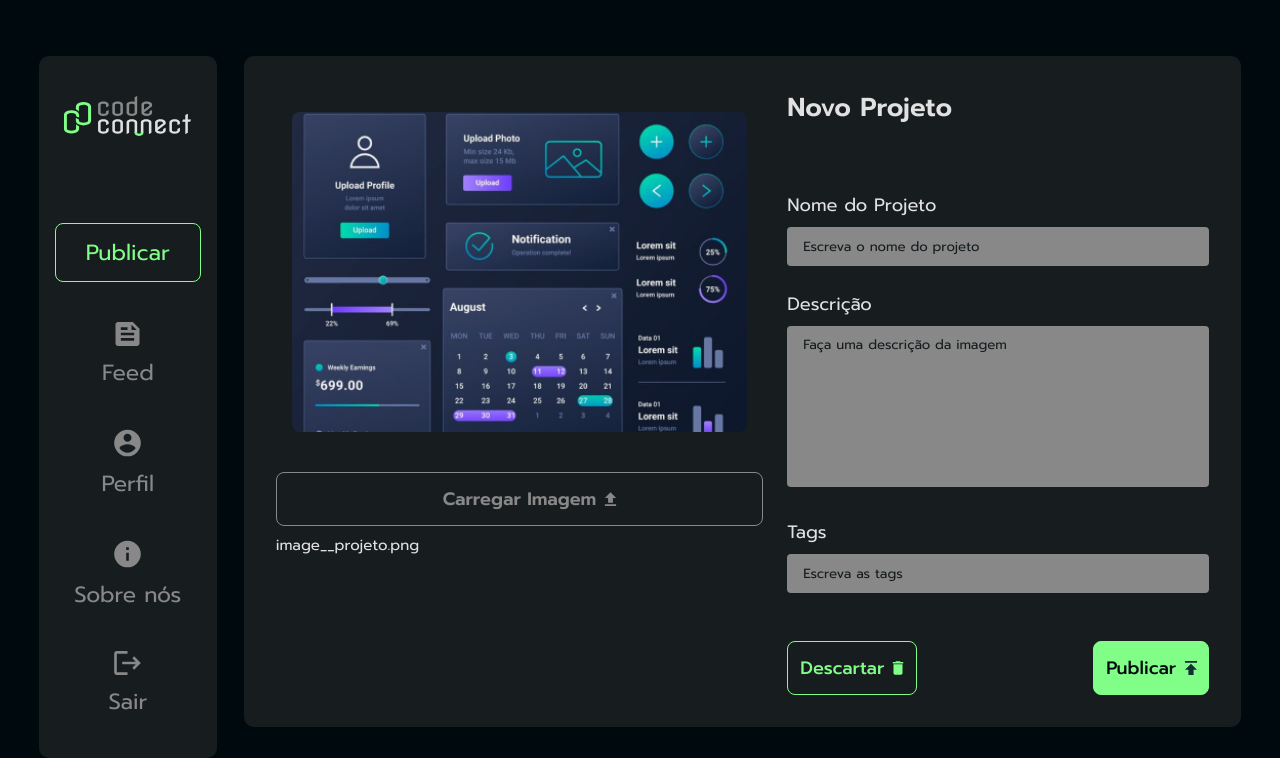
Repository: joaoPraiaJunior/async_await
Page: index.html
These files come from the project's save history. The page is drawn as it stood at one moment and after the next save; the edit follows.
The browser window is 1280 px wide. The pictures show the whole page.
Empty fields were first filled with sample values (such as "Sample", 5 or name@example.com).
After loading, the first visible `button.c-formulario__botao` was clicked once.

Above is the page before, as saved 2024-08-28 22:54:37.

After the next save:
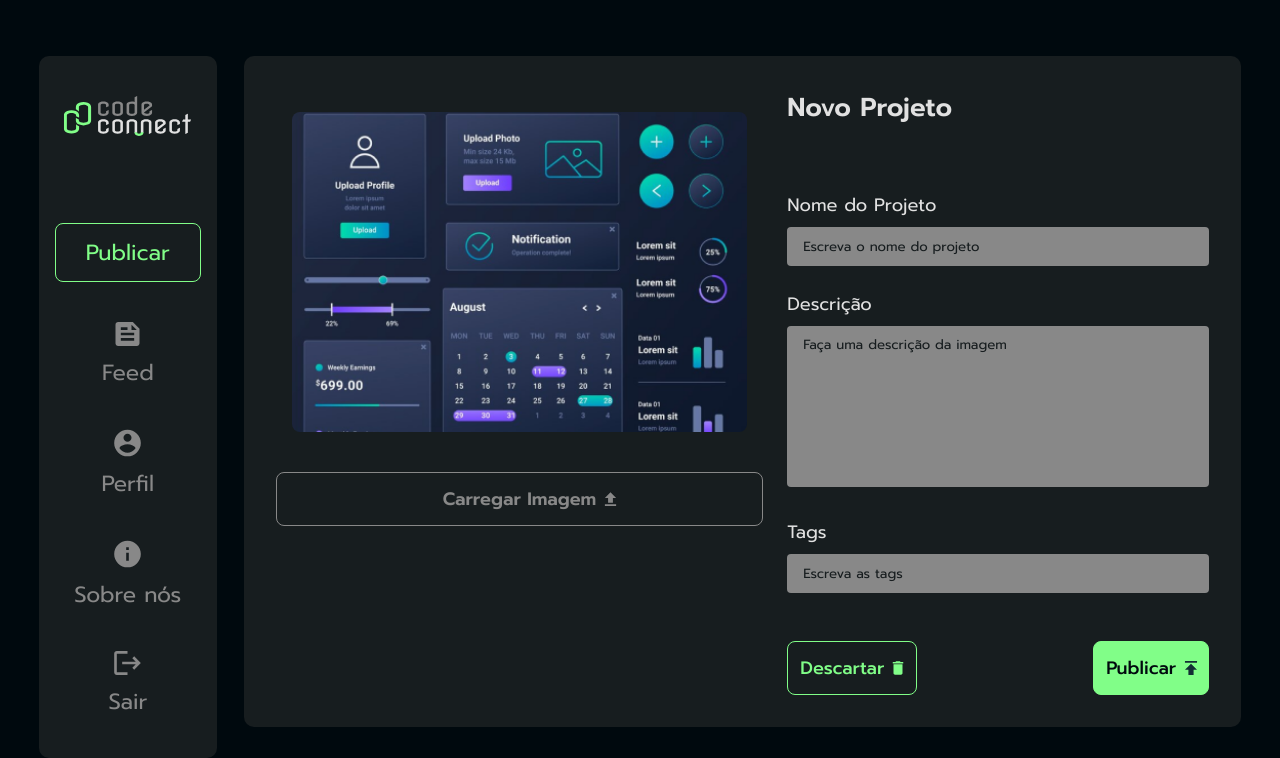
Saved 8 min 46 s later.
--- a/js/modulos/elementosQueResetamFormulario.js
+++ b/js/modulos/elementosQueResetamFormulario.js
@@ -18,7 +18,7 @@ function elementosQueResetamFormulario() {
 
     formulario.reset();
     imagem.src = './img/imagem1.png';
-    descricaoDaImagem.textContent = 'image__projeto.png';
+    descricaoDaImagem.innerHTML = '';
     formularioListaTags.innerHTML = '';
     inputUploadDeImagem.value = '';
 }
